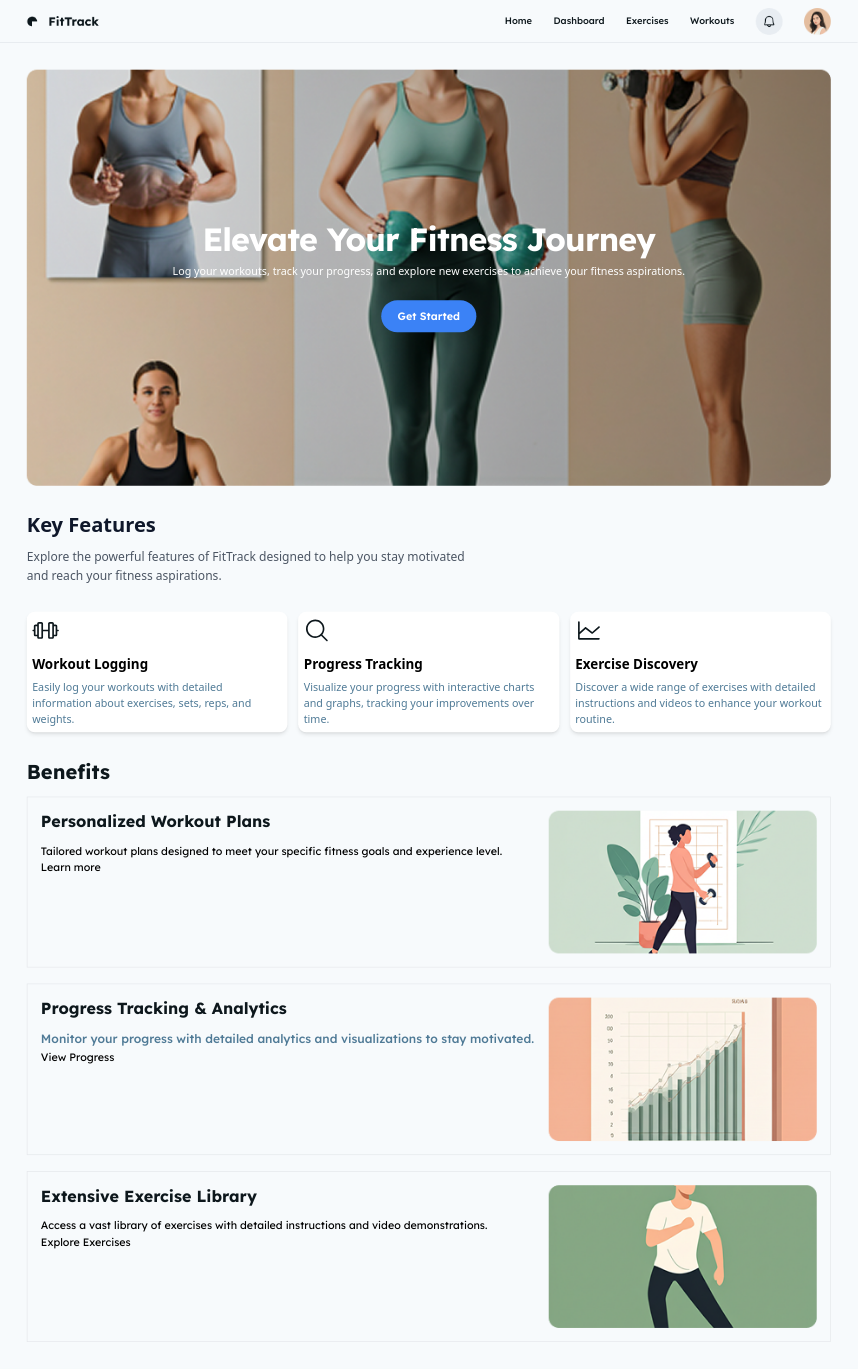
Repository: Emy-gold/fitness-tracking-platform
Page: /
These files come from the project's save history. The page is drawn as it stood at one moment and after the next save; the edit follows.
The browser window is 1280 px wide. The pictures show the whole page, at 67% of full size.
The project was rebuilt for these pictures with package versions that can differ from the ones it lists, and the page was loaded fresh each time. Also part of the build but not shown: vite.config.js, src/Pages/Dashboard.jsx, src/Pages/Exercises.jsx, src/Pages/Workouts.jsx, src/components/Footer.jsx.

Above is the page before, as saved 2025-08-27 23:42:48.

After the next save:
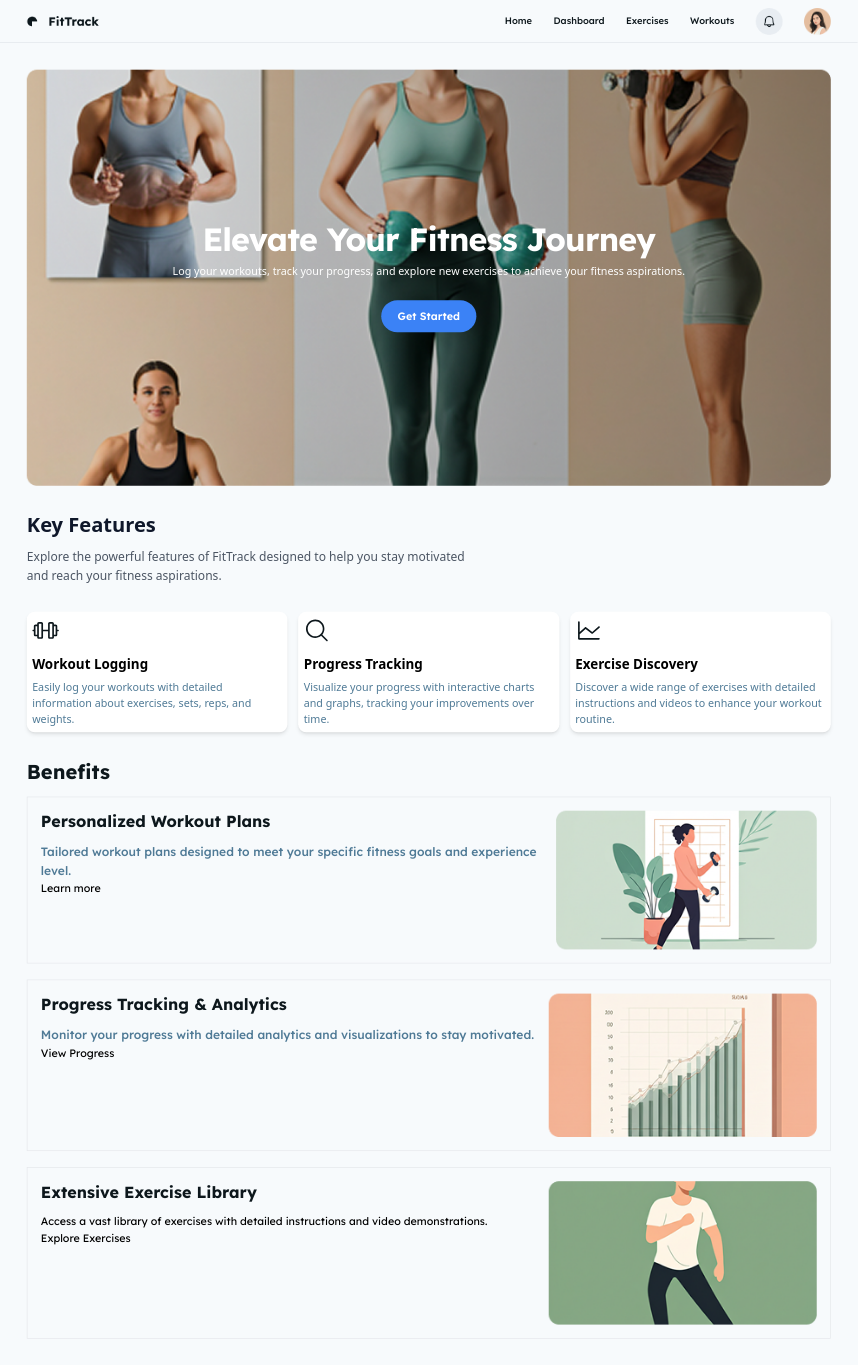
Saved 13 s later.
--- a/src/Pages/Home.jsx
+++ b/src/Pages/Home.jsx
@@ -49,7 +49,7 @@ function Home() {
                         <div className='flex justify-between p-5 border lg:w-[1200px]'>
                             <div className='flex flex-col items-start text-left'>
                                 <h3 className='text-2xl font-bold mb-4 text-textColor'>Personalized Workout Plans</h3>
-                                <p>Tailored workout plans designed to meet your specific fitness goals and experience level.</p>
+                                <p className='text-lg text-paragraphColor font-medium'>Tailored workout plans designed to meet your specific fitness goals and experience level.</p>
                                 <button>Learn more</button>
                             </div>
                             <img src={img1} className='lg:w-[400px]' />
